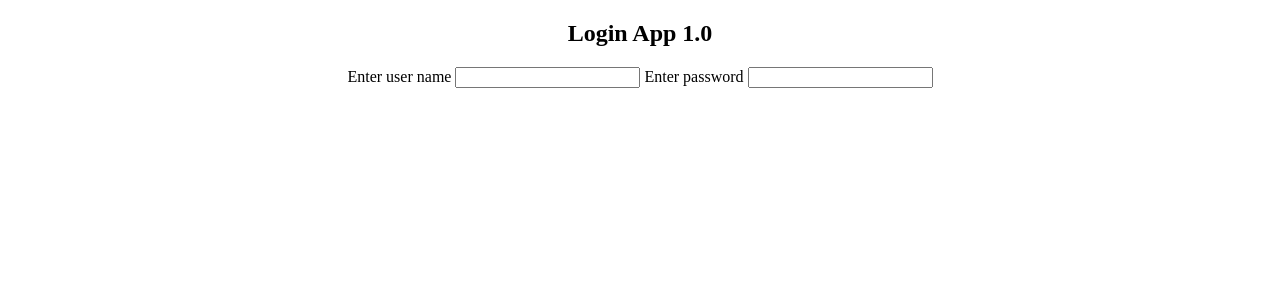
Repository: PraveenRai13/Servlet-Practice-Set
Page: dispatcher_demo/src/main/webapp/login.html
An editor plug-in stored every save of this project. The page is shown before and after the next save, followed by the edit.
The browser window is 1280 px wide. The pictures show the whole page.

Above is the page before, as saved 2022-09-05 09:29:29.

After the next save:
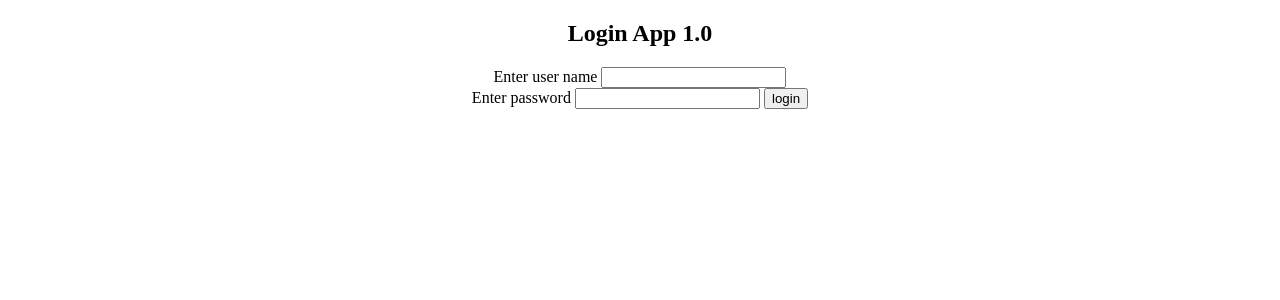
Saved 56 s later.
--- a/dispatcher_demo/src/main/webapp/login.html
+++ b/dispatcher_demo/src/main/webapp/login.html
@@ -8,8 +8,9 @@
 <div align ="center">
 <h2>Login App 1.0</h2>
 <form action="LoginController" method="post">
-Enter user name <input type="text" name ="username">
+Enter user name <input type="text" name ="username"/></br>
 Enter password <input type="password" name="password">
+<input 	type="submit" value ="login"/>
 </form>
 </div>
 
